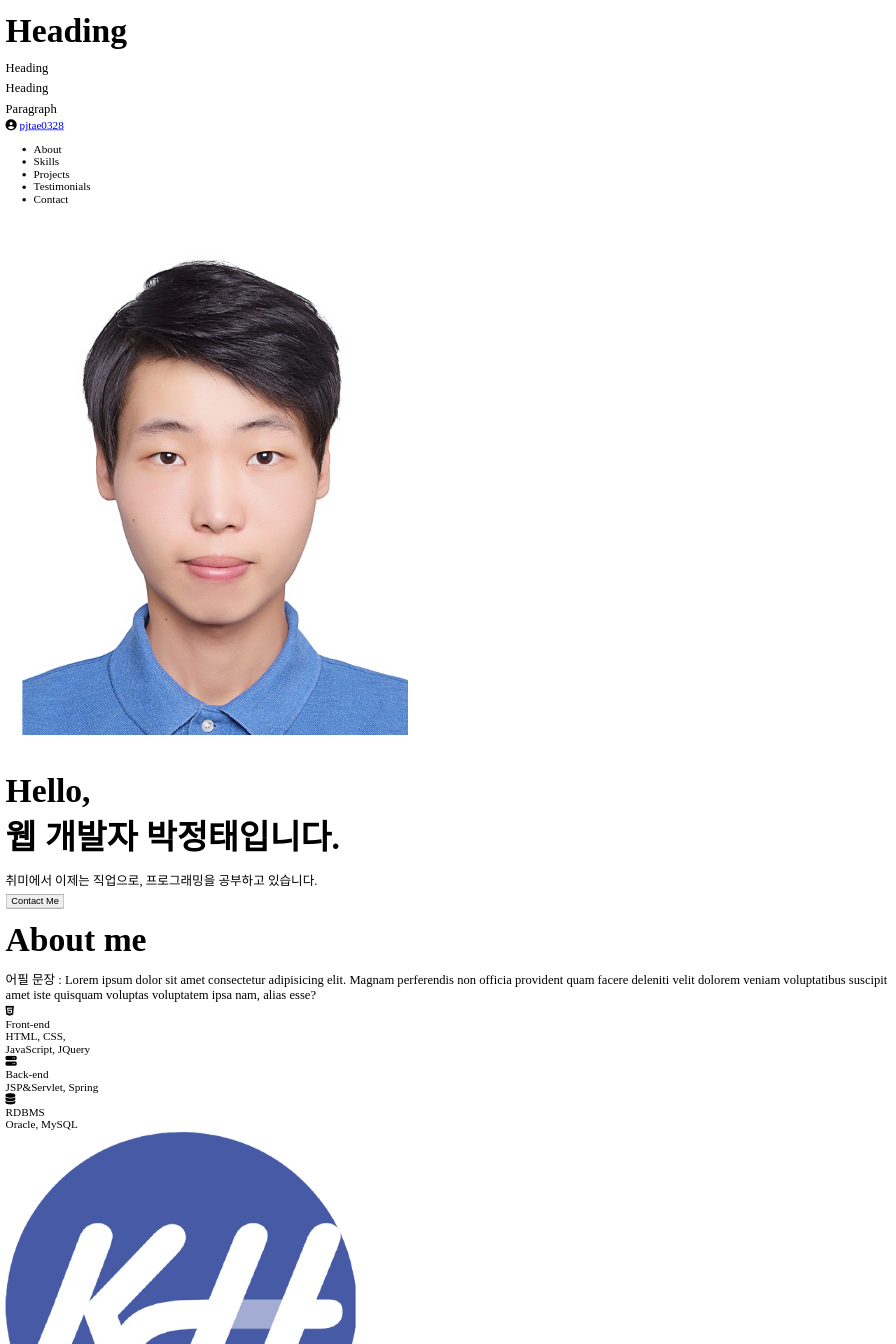
Repository: pjtae0328/Portfolio
Page: index.html
An editor plug-in stored every save of this project. The page is shown before and after the next save, followed by the edit.
The browser window is 1280 px wide. The pictures show the part of the page from y = 0 to 1920 px (the page is 6444 px tall), at 70% of full size.
Some web libraries are served in a nearby version.

Above is the page before, as saved 2021-09-02 21:08:48.

### index.html
<!DOCTYPE html>
<html lang="ko">

<head>
    <meta charset="UTF-8">
    <meta http-equiv="X-UA-Compatible" content="IE=edge"> <!-- ie 호환성보기 무시 -->
    <meta name="viewport" content="width=device-width, initial-scale=1.0">
    <title>박정태 포트폴리오</title>

    <!-- 설명 / 작성자 -->
    <meta name="description" content="준비된 개발자 박정태의 포트폴리오 입니다.">
    <meta name="author" content="박정태">

    <!-- 아이콘 -->
    <link rel="icon" type="image/png" href="imgs/favicon.png"/>

    <!-- fontawesome -->
    <script src="https://kit.fontawesome.com/0d232bdc2d.js" crossorigin="anonymous">
    </script>

    <!-- font -->
    <link rel="preconnect" href="https://fonts.googleapis.com">
    <link rel="preconnect" href="https://fonts.gstatic.com" crossorigin>
    <link href="https://fonts.googleapis.com/css2?family=Noto+Sans+KR:wght@400;500;700&display=swap" rel="stylesheet">

    <!-- css / js -->
    <link rel="stylesheet" href="style.css"/>
    <script src="main.js" defer></script>

<body>
    <!-- Test -->
    <h1>Heading</h1>
    <h2>Heading</h2>
    <h3>Heading</h3>
    <p>Paragraph</p>

<!-- Nav Bar -->
<nav id="navbar">
    <div class="navbar__logo">
        <i class="fas fa-user-circle"></i>
        <a href="#">pjtae0328</a>
    </div>
    <ul class="navbar__menu">
        <li class="navbar__menu__item">About</li>
        <li class="navbar__menu__item">Skills</li>
        <li class="navbar__menu__item">Projects</li>
        <li class="navbar__menu__item">Testimonials</li>
        <li class="navbar__menu__item">Contact</li>
    </ul>
</nav>

<!-- Home -->
<section id="home">
    <img src="/imgs/profile.jpg" alt="profile photo" class="home__avatar">
    <h1 class="home__title">Hello, <br>웹 개발자 박정태입니다.</h1>
    <h2 class="home__discription">취미에서 이제는 직업으로, 프로그래밍을 공부하고 있습니다.</h2>
    <button class="home__contact">Contact Me</button>
</section>

<!-- About -->
<section id="about">
    <h1>About me</h1>
    <p>어필 문장 : Lorem ipsum dolor sit amet consectetur adipisicing elit. Magnam perferendis non officia provident quam
        facere deleniti velit dolorem veniam voluptatibus suscipit amet iste quisquam voluptas voluptatem ipsa nam,
        alias esse?</p>

    <div class="about__majors">
        <div class="major">
            <div class="major__icon">
                <i class="fab fa-html5"></i>
            </div>
            <div class="major_title">Front-end</div>
            <div class="major__description">
                HTML, CSS,
                <br>JavaScript, JQuery
            </div>
        </div>
        <div class="major">
            <div class="major__icon">
                <i class="fas fa-server"></i>
            </div>
            <div class="major_title">Back-end</div>
            <div class="major__description">
                JSP&Servlet, Spring
            </div>
        </div>
        <div class="major">
            <div class="major__icon">
                <i class="fas fa-database"></i>
            </div>
            <div class="major_title">RDBMS</div>
            <div class="major__description">
                Oracle, MySQL
            </div>
        </div>
    </div>

    <div class="about__experience">
        <div class="experience">
            <img src="imgs/experience/kh.png" alt="KH정보 교육원">
            <p class="experience__name">KH 정보교육원 웹콘텐츠 개발자 과정 수료</p>
            <p class="experience__period">2021 May - 2021 Dec</p>
        </div>
        <div class="experience">
            <img src="imgs/experience/hbad.png" alt="한방애드">
            <p class="experience__name">PL Soft 리워드앱 개발 및 서비스(Android-JAVA, JSP&Servlet, MySQL)</p>
            <p class="experience__period">2016 Sep - 2017 Jan</p>
        </div>
    </div>
</section>

<!-- Skills -->
<section id="skills">
    <h1>Skills</h1>
    <h2>Skills & Attributes</h2>
    <p>
        Lorem ipsum dolor, sit amet consectetur adipisicing elit. Iusto ipsam, ullam delectus facilis molestiae ratione,
        odio maxime nulla ipsa eligendi enim minima distinctio. Praesentium in animi soluta iure, error sit!
        나의 강점 써보기 <i class="fas fa-star"></i>를 통해 제가 자신있는 정도를 표시해 보았습니다.
    </p>

    <div class="skillset">

        <div class="skillset__top">
            <div class="skill">
                <i class="fab fa-html5"></i>
                <h3 class="skill__title">HTML5 & CSS3</h3>
                <div class="skill__level">
                    <i class="fas fa-star"></i>
                    <i class="fas fa-star"></i>
                </div>
                <p>HTML과 CSS를 사용해 요구하는 디자인의 웹 스타일링을 할 수 있습니다.</p>
            </div>
            <div class="skill">
                <i class="fab fa-js-square"></i>
                <h3 class="skill__title">Java Script</h3>
                <div class="skill__level">
                    <i class="fas fa-star"></i>
                    <i class="fas fa-star"></i>
                </div>
                <p>JS의 특징과 동작 방식을 이해하고 원하는 동적 웹을 구축 할 수 있습니다.</p>
            </div>
            <div class="skill">
                <i class="fab fa-java"></i>
                <h3 class="skill__title">JAVA</h3>
                <div class="skill__level">
                    <i class="fas fa-star"></i>
                    <i class="fas fa-star"></i>
                    <i class="fas fa-star"></i>
                    <i class="fas fa-star"></i>
                </div>
                <p>JSP&Servlet을 활용해 웹 서버를 구축할 수 있으며 Spring Framework를 이해하고 사용할 수 있습니다.
                    <br>객체지향 패러다임을 이해하고 설계할 수 있으며 Spring Boot를 공부하고 개인 프로젝트를 진행했습니다.
                </p>
            </div>
            <div class="skill">
                <i class="fas fa-database"></i>
                <h3 class="skill__title">Oracle</h3>
                <div class="skill__level">
                    <i class="fas fa-star"></i>
                    <i class="fas fa-star"></i>
                </div>
                <p>관계형 데이터베이스를 이해하고 설계할 수 있으며 적절한 쿼리문을 작성하여 사용할 수 있습니다.</p>
            </div>
        </div>

        <div class="skillset__bottom">
            <div class="tools">
                <h3 class="tools__title">Tools</h3>
                <ul class="tolls__list">
                    <li><span>IntelliJ</span></li>
                    <li><span>VisualStudio Code</span></li>
                    <li><span>Eclipse</span></li>
                    <li><span>VisualStudio 2019</span></li>
                </ul>
            </div>
            <div class="etc">
                <h3 class="etc__title">Etc</h3>
                <ul class="etc__list">
                    <li><span>Git</span></li>
                    <li><span>C#</span></li>
                    <li><span>ActionScript 3.0</span></li>
                    <li><span>AutoHotKey</span></li>
                </ul>
            </div>
        </div>
    </div>
</section>

<!-- Projects -->
<section id="projects">
    <!-- 사이즈 리사이즈 해서 통일하고 아이폰/ 맥 넣어서 마우스 오버시 맥/아이폰 넘어가게 애니메이션 주기  -->
    <!-- 개인 Spring Boot -->
    <div class="project">
        <img class="project__img" src="https://via.placeholder.com/350" alt="projectIMG">
        <h3 class="project__title">Title</h3>
        <button class="project__View">View</button>
        <a href="#" class="project__github" target="_blank"><i class="fab fa-github"></i></a>
    </div>
    <!-- 학원 Spring -->
    <div class="project">
        <img class="project__img" src="https://via.placeholder.com/350" alt="projectIMG">
        <h3 class="project__title">Title</h3>
        <button class="project__View">View</button>
        <a href="#" class="project__github" target="_blank"><i class="fab fa-github"></i></a>
    </div>
    <!-- 학원 JSP&Servlet -->
    <div class="project">
        <img class="project__img" src="https://via.placeholder.com/350" alt="projectIMG">
        <h3 class="project__title">Title</h3>
        <button class="project__View">View</button>
        <a href="#" class="project__github" target="_blank"><i class="fab fa-github"></i></a>
    </div>
    <!-- 포트폴리오 페이지 -->
    <div class="project">
        <img class="project__img" src="https://via.placeholder.com/350" alt="projectIMG">
        <h3 class="project__title">Title</h3>
        <button class="project__View">View</button>
        <a href="#" class="project__github" target="_blank"><i class="fab fa-github"></i></a>
    </div>
</section>

<!-- Testimonials -->
<section id="testimonials">
    <h1>Testimonials</h1>
    <h3>See what they say about me</h3>
    <div class="testimonials">
        <div class="testimonial">
            <img
                src="imgs/testimonial/people1.jpg"
                alt="People"
                class="testimonial__avatar"
            >
            <div class="testimonial__speech-bubble">
                <p>Lorem ipsum dolor sit amet consectetur adipisicing elit. Accusantium iusto doloribus, cumque eos facilis velit omnis labore commodi praesentium? Numquam provident commodi praesentium fugiat ea sequi quam officia porro nulla!</p>
                <p class="testimonial__name"><a href="#" target="_blank">이름(링크드인 or 깃헙) / 소속</a></p>
            </div>
        </div>
        <div class="testimonial">
            <img
                src="imgs/testimonial/people1.jpg"
                alt="People"
                class="testimonial__avatar"
            >
            <div class="testimonial__speech-bubble">
                <p>Lorem ipsum dolor sit amet consectetur adipisicing elit. Accusantium iusto doloribus, cumque eos facilis velit omnis labore commodi praesentium? Numquam provident commodi praesentium fugiat ea sequi quam officia porro nulla!</p>
                <p class="testimonial__name"><a href="#" target="_blank">이름(링크드인 or 깃헙) / 소속</a></p>
            </div>
        </div>
        <div class="testimonial">
            <img
                src="imgs/testimonial/people1.jpg"
                alt="People"
                class="testimonial__avatar"
            >
            <div class="testimonial__speech-bubble">
                <p>Lorem ipsum dolor sit amet consectetur adipisicing elit. Accusantium iusto doloribus, cumque eos facilis velit omnis labore commodi praesentium? Numquam provident commodi praesentium fugiat ea sequi quam officia porro nulla!</p>
                <p class="testimonial__name"><a href="#" target="_blank">이름(링크드인 or 깃헙) / 소속</a></p>
            </div>
        </div>
    </div>
</section>

<!-- Contact -->
<section id="contact">
    <h1 class="contact__title">Let's talk</h1>
    <h2 class="contact__email">pjtae0328@gmail.com</h2>
    <div class="contact__links">
        <a href="https://github.com/pjtae0328" target="_blank">
            <i class="fab fa-github-square"></i>
        </a>
    </div>
    <p class="contact__rights">
        copyright &copy; by pjtae0328 All Right Reserved
    </p>
</section>
</body>
</html>

### style.css
/* Global */

:root {
  /* Color */
  --color-white: #ffffff;
  --color-light-white: #eeeeee;
  --color-dark-white: #bdbdbd;
  --color-mint: #caf7e3;
  --color-light-mint: #edffec;
  --color-purple: #e4bad4;
  --color-light-purple: #f6dfeb;
  --color-dark-grey: #4d4d4d;
  --color-grey: #616161;
  --color-light-grey: #7c7979;
  --color-blue: #73aace;
  --color-yellow: #fff7d1;
  --color-black: #000000;

  /* Font Size */
  --font-large: 48px;
  --font-medium: 28px;
  --font-regular: 18px;
  --font-small: 16px;
  --font-micro: 14px;

  /* Font Weight */
  --weight-bold: 700;
  --weight-semi-bold: 500;
  --weight-regular: 400;

  /* Size */
}

/* Universal tags */
* {
  box-sizing: border-box;
}

/* Typography */
h1 {
  font-size: var(--font-large);
  font-weight: var(--weight-bold);
  color: var(--color-black);
  margin: 16px 0;
}

h2 {
  font-size: var(--font-regular);
  font-weight: var(--weight-semi-bold);
  color: var(--color-black);
  margin: 8px 0;
}

h3 {
  font-size: var(--font-regular);
  font-weight: var(--weight-regular);
  color: var(--color-black);
  margin: 8px 0;
}

p {
  font-size: var(--font-regular);
  font-weight: var(--weight-regular);
  color: var(--color-black);
  margin: 4px 0;
}

Loaded but not shown: main.js (common file)

After the next save:
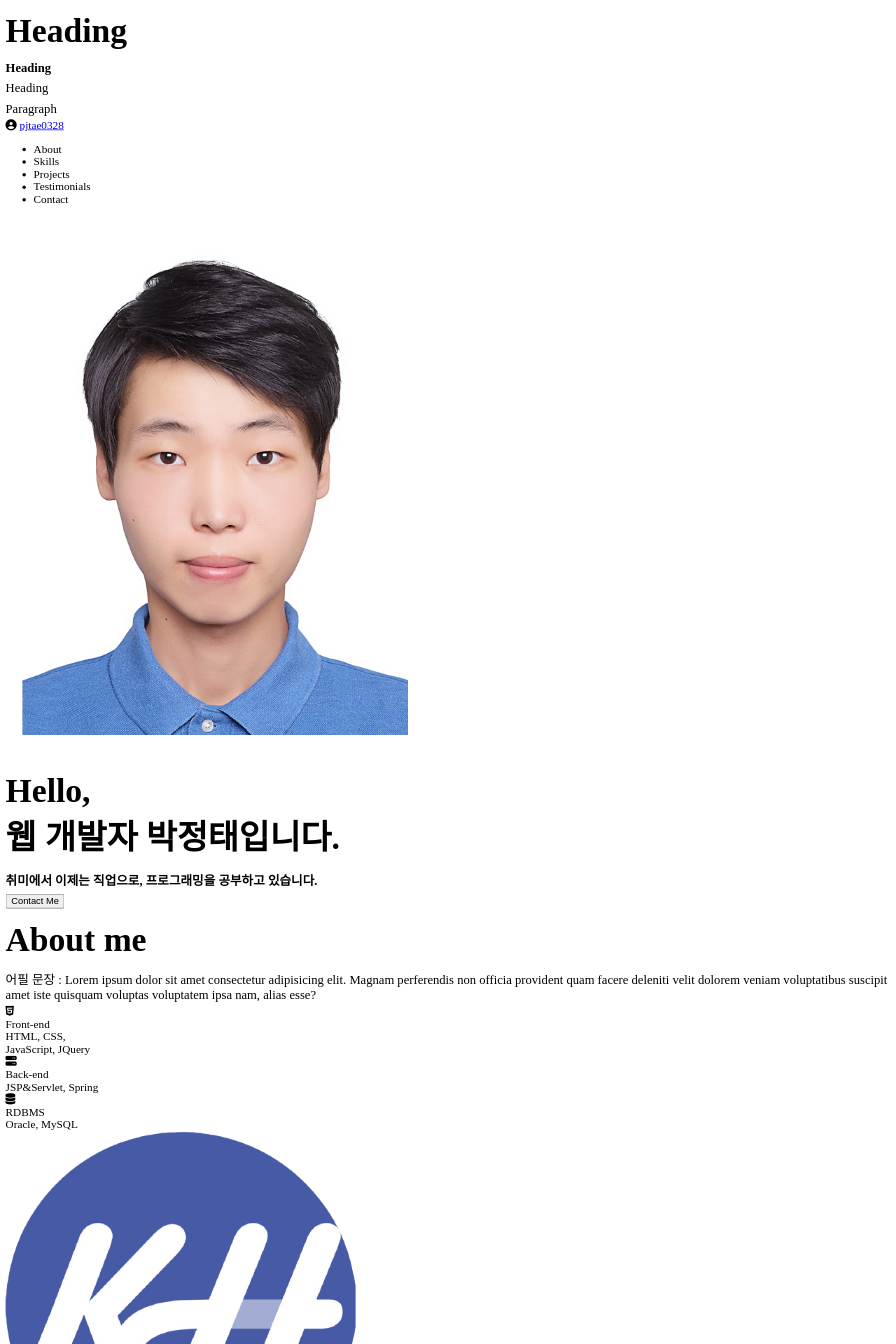
Saved 28 s later.
--- a/style.css
+++ b/style.css
@@ -25,7 +25,7 @@
 
   /* Font Weight */
   --weight-bold: 700;
-  --weight-semi-bold: 500;
+  --weight-semi-bold: 600;
   --weight-regular: 400;
 
   /* Size */
